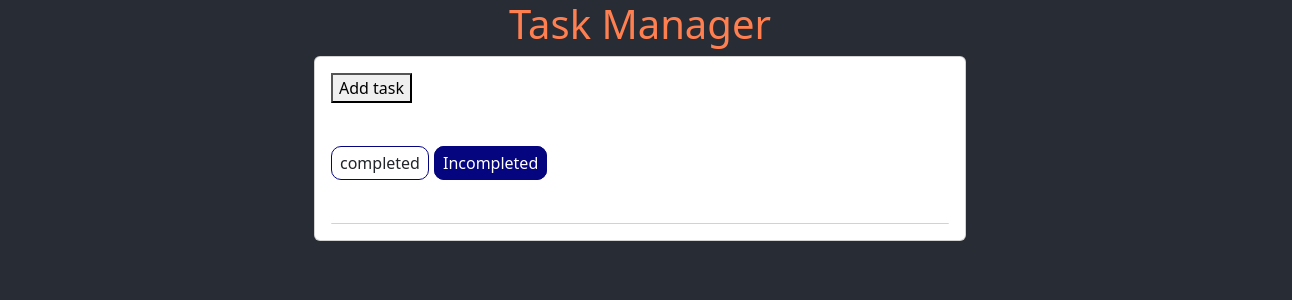
Repository: Jcparks84/task_manager
Page: / (app in frontend/)
These files come from the project's save history. The page is drawn as it stood at one moment and after a run of saves; the edit follows.
The browser window is 1280 px wide. The page is 1292 px wide, so the pictures cover 1292 px, including what lies to the right of the window. The pictures show the whole page.
The page's requests for data from a server got no answer. The project was rebuilt for these pictures with package versions that can differ from the ones it lists, and the page was loaded fresh each time. No one was signed in, and anything a server would have sent is missing. Also part of the build but not shown: frontend/src/components/Modal.js.

Above is the page before, as saved 2022-08-11 17:15:24.

After the next 5 saves:
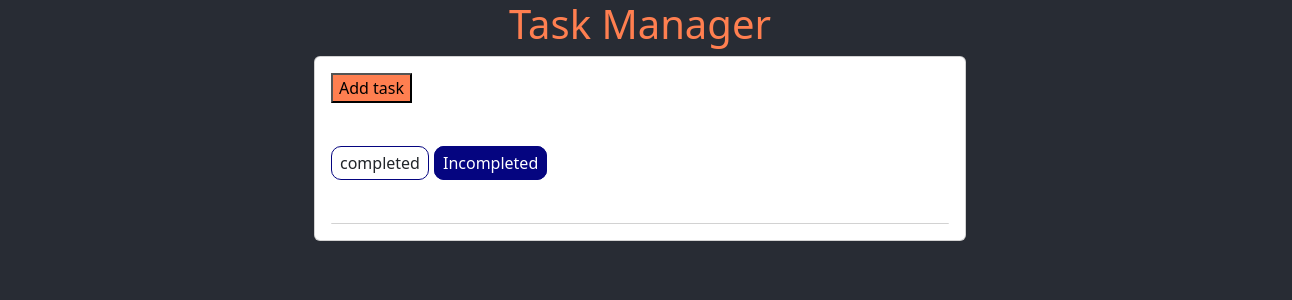
The 5 saves are shown as one change because they came seconds apart.
The last was saved 12 s later.
--- a/frontend/src/App.css
+++ b/frontend/src/App.css
@@ -44,7 +44,8 @@ h1 {
 }
 
 .add-button {
-bottom: ;}
+  background-color: coral;
+}
 
 
 @keyframes App-logo-spin {
